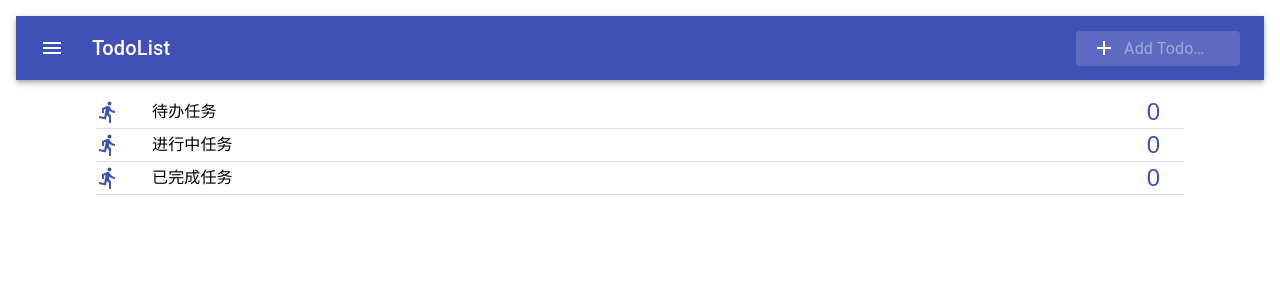
Repository: harperl71/TodoList
Page: /
An editor plug-in stored every save of this project. The page is shown before and after the next save, followed by the edit.
The browser window is 1280 px wide. The pictures show the whole page.
The project was rebuilt for these pictures with package versions that can differ from the ones it lists, and the page was loaded fresh each time. Also part of the build but not shown: src/components/content/task-item/index.tsx.

Above is the page before, as saved 2021-05-21 09:44:22.

After the next save:
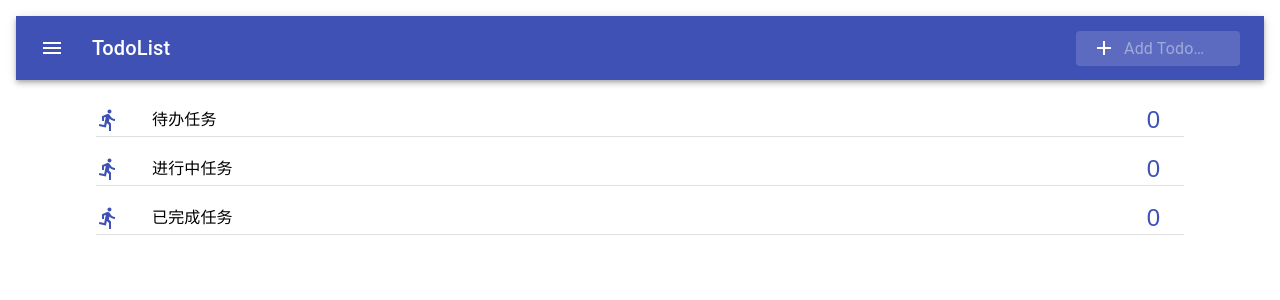
Saved 29 s later.
--- a/src/components/content/task-list/index.tsx
+++ b/src/components/content/task-list/index.tsx
@@ -16,7 +16,7 @@
   list: {
     margin: theme.spacing(0, 6),
     justifyContent: "space-between",
-    padding: 0,
+    //padding: 0,
   },
   listTitle: {
     justifyContent: "center",

After the save that followed:
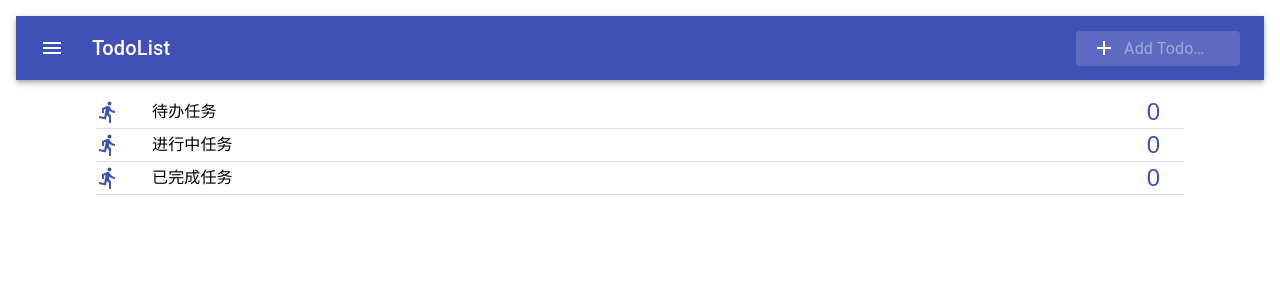
Saved 14 s later.
--- a/src/components/content/task-list/index.tsx
+++ b/src/components/content/task-list/index.tsx
@@ -16,7 +16,7 @@
   list: {
     margin: theme.spacing(0, 6),
     justifyContent: "space-between",
-    //padding: 0,
+    padding: 0,
   },
   listTitle: {
     justifyContent: "center",
